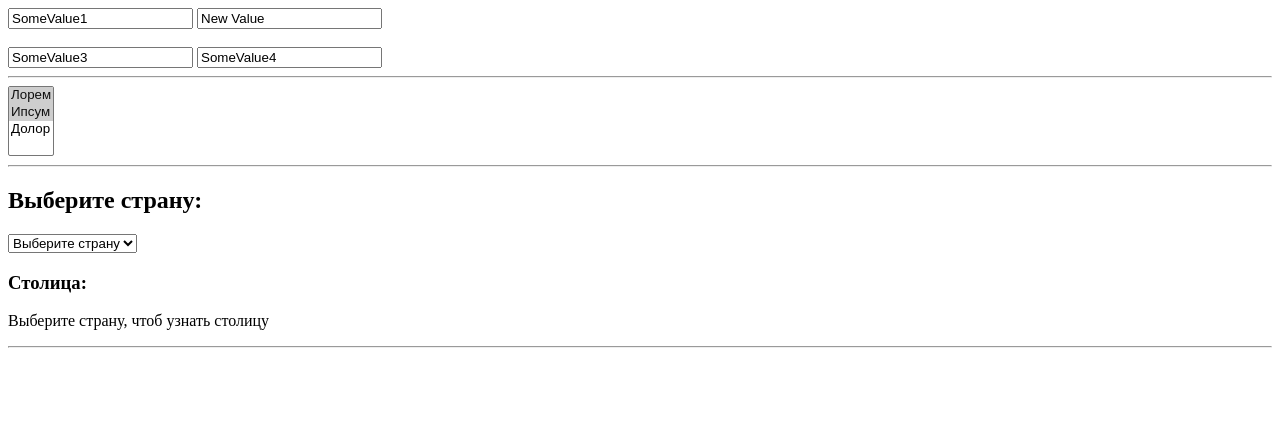
Repository: iveivs/JS_homeWork_gb
Page: homeWork/lessons Dom/les3/index.html
An editor plug-in stored every save of this project. The page is shown before and after the next save, followed by the edit.
The browser window is 1280 px wide. The pictures show the whole page.

Above is the page before, as saved 2024-01-20 08:39:40.

After the next save:
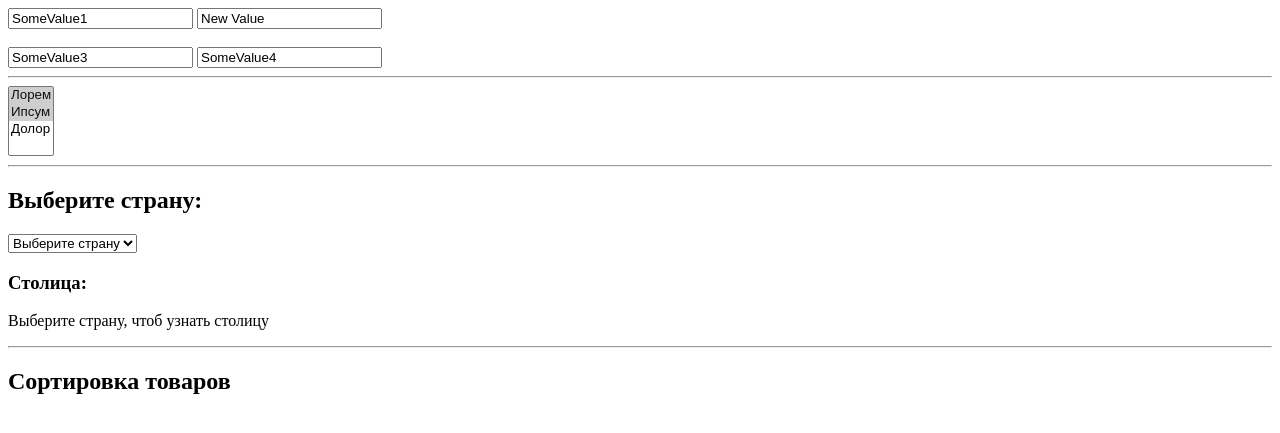
Saved 5 s later.
--- a/homeWork/lessons Dom/les3/index.html
+++ b/homeWork/lessons Dom/les3/index.html
@@ -46,7 +46,7 @@
         <h3>Столица:</h3>
         <p id="capital-info">Выберите страну, чтоб узнать столицу</p>
         <hr>
-        <h2></h2>
+        <h2>Сортировка товаров</h2>
     <script src="script.js"></script>
 </body>
 
